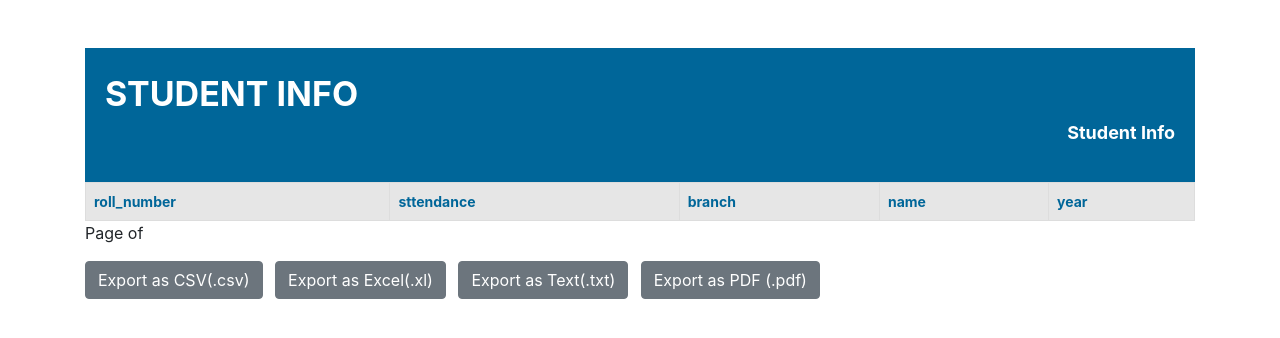
Repository: supranshu/CrystalReportGenerator
Page: http://localhost/produce_report
An editor plug-in stored every save of this project. The page is shown before and after the next save, followed by the edit.
The browser window is 1280 px wide. The pictures show the whole page.
The page is this project's Thymeleaf template; nobody is signed in. The template is opened directly, without the code that normally fills it, so the values that code supplies are empty.

Above is the page before, as saved 2023-08-03 17:41:33.

### com.report/src/main/resources/templates/produce_report.html
<!DOCTYPE html>
<html xmlns:th="http://www.thymeleaf.org">
<head>
    <meta charset="UTF-8">
    <title>Produce Report</title>
    <link rel="stylesheet" href="https://maxcdn.bootstrapcdn.com/bootstrap/4.5.2/css/bootstrap.min.css">
    <style>
        /* Apply CSS styles here to mimic the appearance of the JRXML table */
        /* You can use inline styles or link to an external CSS file */
        /* Example styles to get you started */
        table {
            border-collapse: collapse;
            width: 100%;

        }
        th, td {
            padding: 8px;
            text-align: left;
            border: 1px solid #ddd;
        }
        th {
            font-size: 14px;
            font-weight: bold;
            background-color: #E6E6E6;
            color: #006699;

        }
        td {
            font-size: 14px;
            font-weight: 500;
        }

        .page-header {
            background-color: #006699;
            color: #FFFFFF;
            text-align: left;
            font-size: 34px;
            font-weight: bold;
            padding: 20px;
        }
        .page-header p{
        	text-align: right;
        	font-size: 18px;
        }
    </style>

</head>

<body>
    <div class="container mt-5">
        <div class="page-header">
	        STUDENT INFO
	        <p>Student Info</p>
	    </div>

		    <table>
		        <thead>
		            <tr>
		                <th>roll_number</th>
		                <th>sttendance</th>
		                <th>branch</th>
		                <th>name</th>
		                <th>year</th>
		            </tr>
		        </thead>
		        <tbody>
		            <!-- Loop through students and generate table rows -->
		            <tr th:each="student : ${students}">
		                <td th:text="${student.rollNumber}">Roll Number</td>
		                <td th:text="${student.attendance}">Attendance</td>
		                <td th:text="${student.branch}">Branch</td>
		                <td th:text="${student.name}">Name</td>
		                <td th:text="${student.year}">Year</td>
		            </tr>
		        </tbody>
		    </table>
		    <div class="page-footer">
		        Page <span th:text="${currentPage}"></span> of <span th:text="${totalPages}"></span>
		    </div>








        <div class="mt-3">
            <a class="btn btn-secondary mr-2" th:href="@{/export/csv(year=${year}, branch=${branch})}" target="_blank">Export as CSV(.csv)</a>
            <a class="btn btn-secondary mr-2" th:href="@{/export/excel(year=${year}, branch=${branch})}" target="_blank">Export as Excel(.xl)</a>
            <a class="btn btn-secondary mr-2" th:href="@{/export/notepad(year=${year}, branch=${branch})}" target="_blank">Export as Text(.txt)</a>
            <a class="btn btn-secondary" th:href="@{/export/pdf(year=${year}, branch=${branch})}" target="_blank">Export as PDF (.pdf)</a>
        </div>
    </div>


</body>
</html>

After the next save:
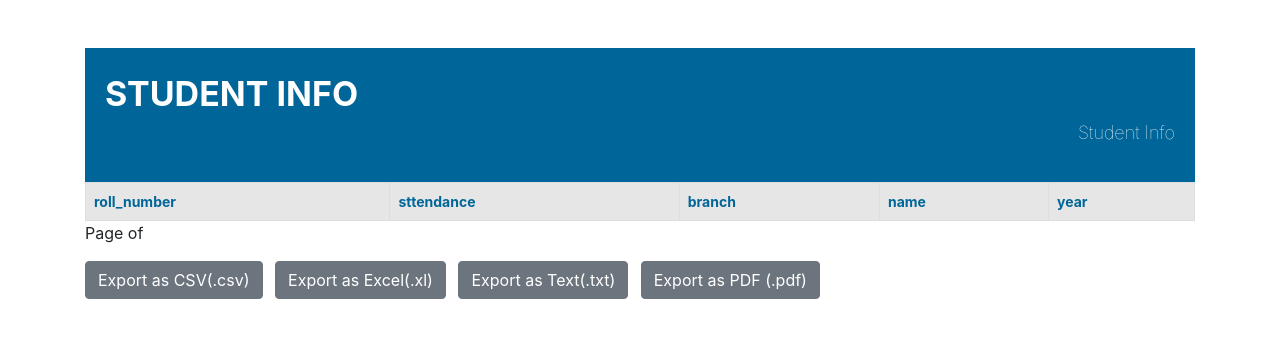
Saved 16 s later.
--- a/com.report/src/main/resources/templates/produce_report.html
+++ b/com.report/src/main/resources/templates/produce_report.html
@@ -41,6 +41,7 @@
         .page-header p{
         	text-align: right;
         	font-size: 18px;
+        	font-weight: 100;
         }
     </style>
 
